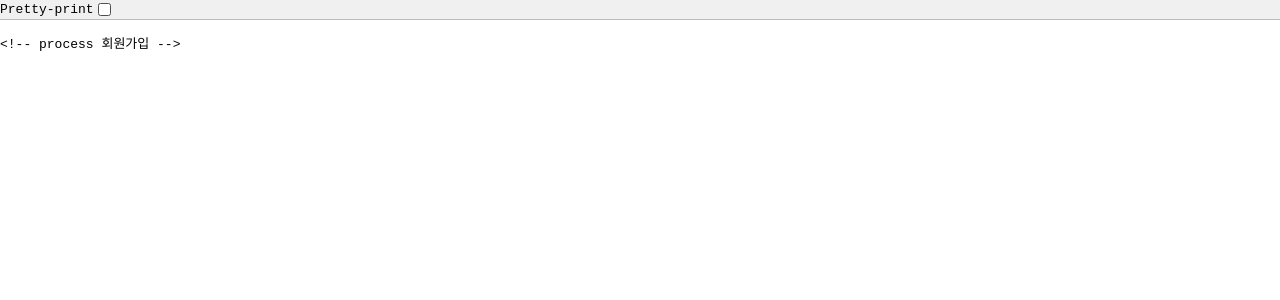
Repository: 2JISUN/hta-lecture-basic
Page: http://localhost/jsp04/member/insert-member-ajax-process.jsp
These files come from the project's save history. The page is drawn as it stood at one moment and after the next save; the edit follows.
The browser window is 1280 px wide. The pictures show the whole page.
The page is served by Tomcat 10. Other server files are loaded and not shown. Queries for data that is not in the repository find no rows.

Above is the page before, as saved 2023-09-20 06:46:14.

### jsp-lecture/jsp04/src/main/webapp/member/insert-member-ajax-process.jsp
<!-- process 회원가입 -->
<%@page import="com.google.gson.Gson"%>
<%@page import="java.util.HashMap"%>
<%@page import="java.util.Map"%>
<%@page import="util.ScriptWriter"%>
<%@page import="java.sql.PreparedStatement"%>
<%@page import="common.JDBCConnect"%>
<%@ page language="java"
		 contentType="application/json; charset=UTF-8"
		 pageEncoding="UTF-8"%>
<%





	//0.전역변수 할당
	//get : request.getParameter를 사용하여 사용자가 입력한 정보를 받아옵니다.
	String userID = request.getParameter("userID"); //get : 아이디
	String userPW = request.getParameter("userPW"); //get : 비밀번호
	String userName = request.getParameter("userName"); //get : 이름


    Integer postCode = null; // Integer로 선언하여 null 허용
    if (request.getParameter("postCode") != null && !request.getParameter("postCode").isEmpty()) {
        postCode = Integer.parseInt(request.getParameter("postCode")); // 값이 있는 경우에만 파싱
    }


	String address = request.getParameter("address"); //get : 주소
	String detailAddress = request.getParameter("detailAddress"); //get : 상세주소

	//1. driver 찾기
	//2. db연동
	JDBCConnect jdbcConn = new JDBCConnect(); //Oracle 데이터베이스에 연결을 수행





	//3. db접근 > 쿼리 작성 > INSERT, UPDATE, DELETE > db 업데이트 > executeUpdate()
	//3. db접근 > 쿼리 작성 > SELECT > db 가져오기 > executeQuery()
	//3-1. 쿼리 작성
	String sql =
			"insert into member values(seq_member.nextval,?,?,?,?,?,?,sysdate)";
	//3-2. 쿼리 세팅(저장)
	PreparedStatement pstmt = null; //Prepared : SQL 문장을 실행하기
	pstmt = jdbcConn.conn.prepareStatement(sql); //prepare : PreparedStatement 객체를 생성하는 메서드
	//set : pstmt.setString를 사용하여 사용자가 입력한 정보를 db에 저장합니다.
	pstmt.setString(1,userID);
	pstmt.setString(2,userPW);
	pstmt.setString(3,userName);
    if (postCode != null) {
        pstmt.setInt(4, postCode); // postCode 값이 null이 아닌 경우에만 설정
    } else {
        pstmt.setNull(4, java.sql.Types.INTEGER); // postCode 값이 null인 경우
    }
	pstmt.setString(5,address);
	pstmt.setString(6,detailAddress);

	//4. db실행 > 쿼리 실행 > db 업데이트 > executeUpdate()
	//4. db실행 > 쿼리 실행 > db 가져오기(결과 확인) : 화면에 뿌린다 > executeQuery()
	//result는 데이터베이스 조작 작업을 실행한 결과로서, 영향을 받는 <레코드 수>를 나타내는 정수입니다.

	int result = pstmt.executeUpdate(); //executeUpdate() 레코드 수를 반환합니다.

	//6.데이터 받는 방식
	Map<String,String> map = new HashMap<>();

	//5. 조건 > 회원가입 성공여부 > 방법02 > ajax
	if(result>0) {
        // 회원가입 성공
        map.put("isMemberInsert","success");
    } else  {
    	// 회원가입 실패
    	map.put("isMemberInsert","success");
    }
	Gson gson = new Gson();




	// 데이터베이스 연결 종료

%>

### jsp-lecture/jsp04/src/main/java/common/JDBCConnect.java
package common;

import java.sql.Connection;
import java.sql.DriverManager;
import java.sql.PreparedStatement;
import java.sql.ResultSet;

public class JDBCConnect {

	// 0.전역객체할당
	public Connection conn = null; //데이터베이스 연결을 나타내는 객체입니다
	public PreparedStatement pstmt = null; //SQL 문장을 실행하기 위한 객체입니다.
	public ResultSet rs = null; //데이터베이스 결과 집합을 나타내는 객체입니다.

	// JDBC연동(방법1) - 생성자01
    public JDBCConnect() {
    	try {
    		//1. driver 찾기
    		String driver = "oracle.jdbc.OracleDriver";
			Class.forName(driver);

			//2-1. db 접근
			// 자바17 = 오라클11
			String url = "jdbc:oracle:thin:@localhost:1521:xe";
			String id = "jisun"; //중요 > 안되면 C##jisun 해보기 ㅠ
			String pw = "1234";

		    //2-2. db 연동
			this.conn = DriverManager.getConnection(url, id, pw); // conn 객체에 연결을 할당합니다.
			System.out.println("db연결 성공");

		} catch (Exception e) {
			e.printStackTrace();
		}
	}


    // JDBC해제
    public void close() {
    	try {
    		if(rs!=null) rs.close();
    		if(pstmt!=null) pstmt.close();
        	if(conn!=null) conn.close();
    	} catch(Exception e) {
			e.printStackTrace();
    	}

    }




}

After the next save:
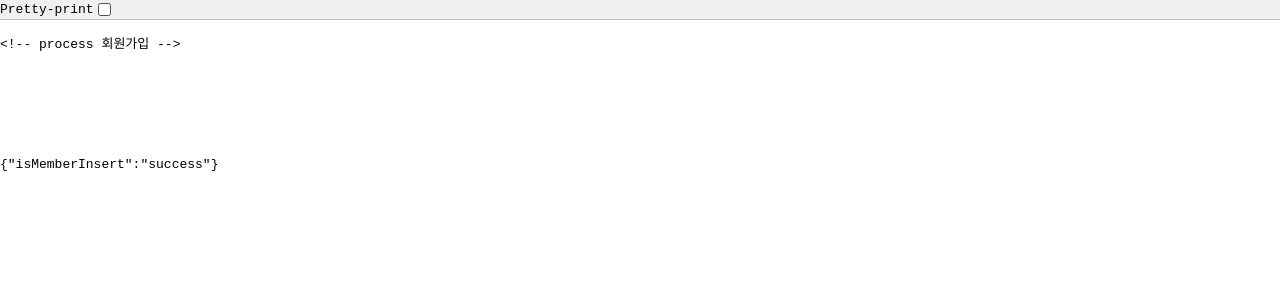
Saved 42 s later.
--- a/jsp-lecture/jsp04/src/main/webapp/member/insert-member-ajax-process.jsp
+++ b/jsp-lecture/jsp04/src/main/webapp/member/insert-member-ajax-process.jsp
@@ -76,6 +76,8 @@
     	map.put("isMemberInsert","success");
     }
 	Gson gson = new Gson();
+	String json = gson.toJson(map);
+	out.println(json);
 
 
 
